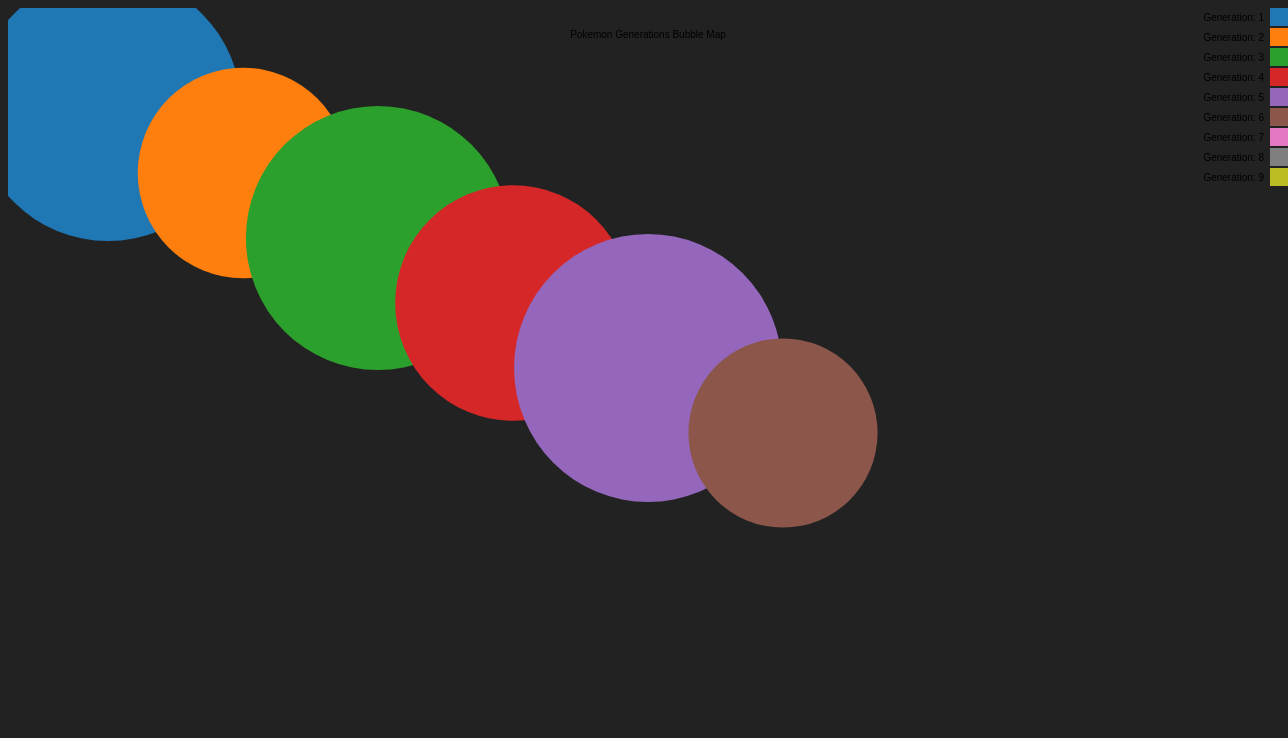
Repository: Cartterr/Proyecto-VisInfo
Page: Propuesta2_Atributos_Burbujas.html
These files come from the project's save history. The page is drawn as it stood at one moment and after the next save; the edit follows.
The browser window is 1280 px wide. The page is 1288 px wide, so the pictures cover 1288 px, including what lies to the right of the window. The pictures show the whole page.

Above is the page before, as saved 2023-06-21 03:53:30.

After the next save:
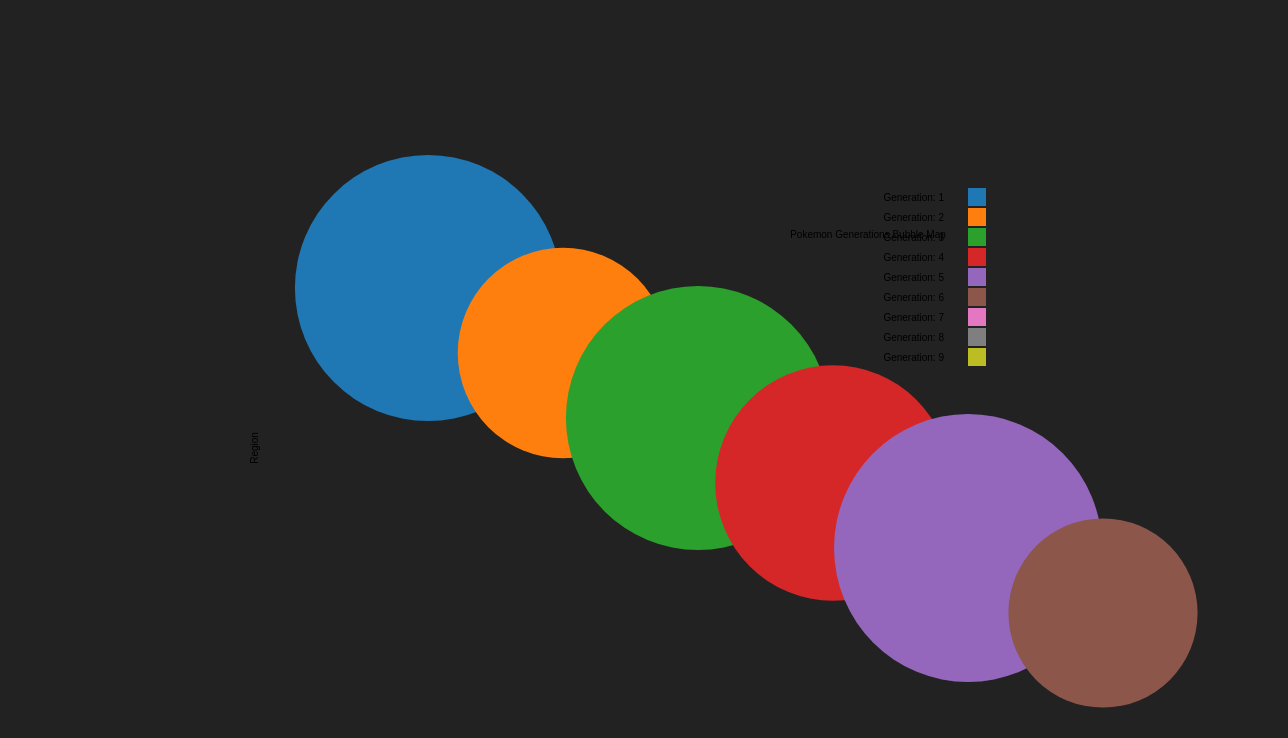
Saved 114 s later.
--- a/Propuesta2_Atributos_Burbujas.js
+++ b/Propuesta2_Atributos_Burbujas.js
@@ -51,11 +51,14 @@ Promise.all([
 
     let svg = d3.select("#chart").append("svg")
         .attr("width", window.innerWidth)
-        .attr("height", window.innerHeight);
+        .attr("height", window.innerHeight)
+        .append("g")
+        .attr("transform", "translate(" + window.innerWidth / 4 + "," + window.innerHeight / 4 + ")");
 
     svg.append("text")
-        .attr("x", window.innerWidth / 2 )
-        .attr("y", 30)
+        .attr("x", (window.innerWidth / 2) - 100)
+        .attr("y", 50)
+        .attr("class", "title")
         .style("text-anchor", "middle")
         .text("Pokemon Generations Bubble Map");
 
@@ -75,20 +78,33 @@ Promise.all([
         .data(regionData)
         .enter().append("g")
         .attr("class", "legend")
-        .attr("transform", function(d, i) { return "translate(0," + i * 20 + ")"; });
+        .attr("transform", (d, i) => "translate(0," + i * 20 + ")");
 
     legend.append("rect")
-        .attr("x", window.innerWidth - 18)
+        .attr("x", window.innerWidth / 2)
         .attr("width", 18)
         .attr("height", 18)
         .style("fill", d => color(d.Generation));
 
     legend.append("text")
-        .attr("x", window.innerWidth - 24)
+        .attr("x", (window.innerWidth / 2) - 24)
         .attr("y", 9)
         .attr("dy", ".35em")
         .style("text-anchor", "end")
         .text(d => `Generation: ${d.Generation}`);
+
+    svg.append("text")
+        .attr("transform", "rotate(-90)")
+        .attr("y", -80)
+        .attr("x", -((window.innerHeight / 2) - 100))
+        .attr("dy", "1em")
+        .style("text-anchor", "middle")
+        .text("Region");
+
+    svg.append("text")
+        .attr("transform", "translate(" + ((window.innerWidth / 2) - 100) + " ," + (window.innerHeight - 60) + ")")
+        .style("text-anchor", "middle")
+        .text("Region");
 }).catch(error => {
     console.log(error);
 });
